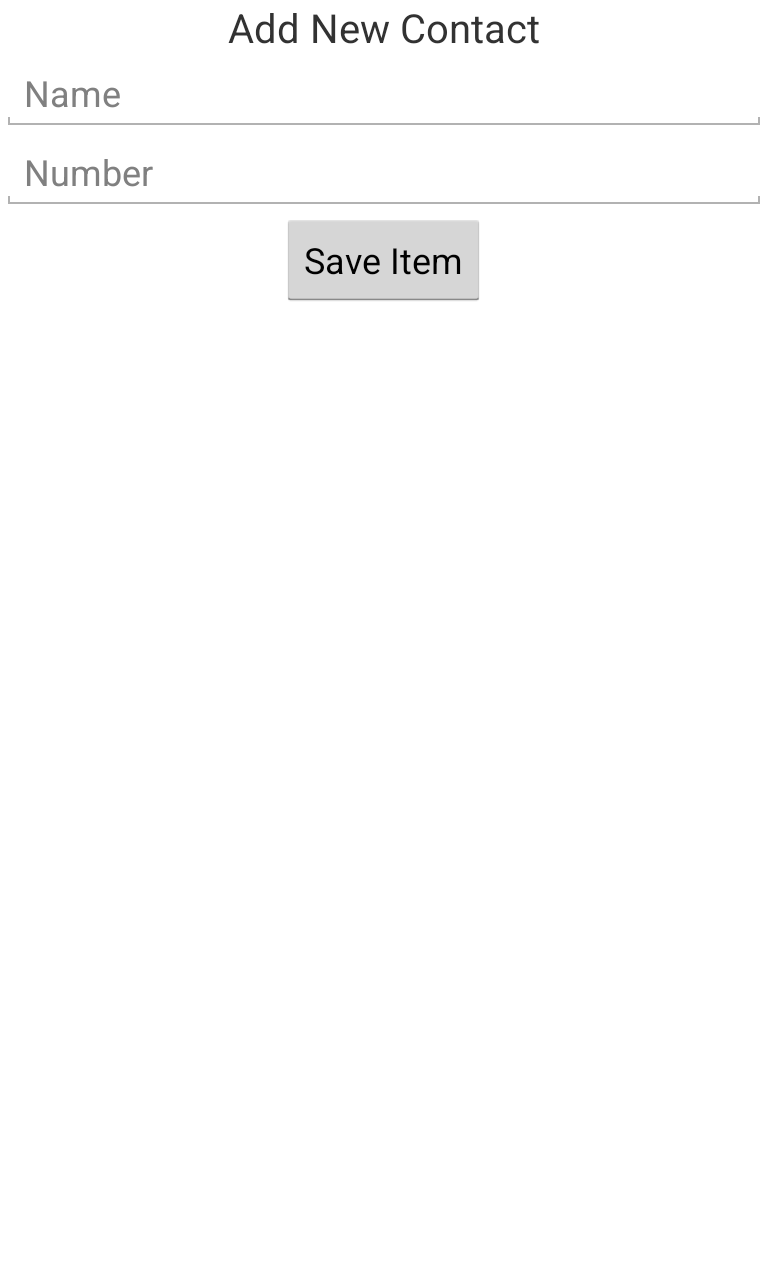
Repository: efreestone/CPM_Freestone
Layout: Project1Android/res/layout/activity_new_item.xml
These files come from the project's save history. The layout is drawn as it stood at one moment and after the next save; the edit follows.
It is drawn on a 768 x 1280 px phone screen (xhdpi) without system bars, with theme AppTheme; the app's code is not run.

Above is the layout before, as saved 2014-10-03 01:32:26.

After the next save:
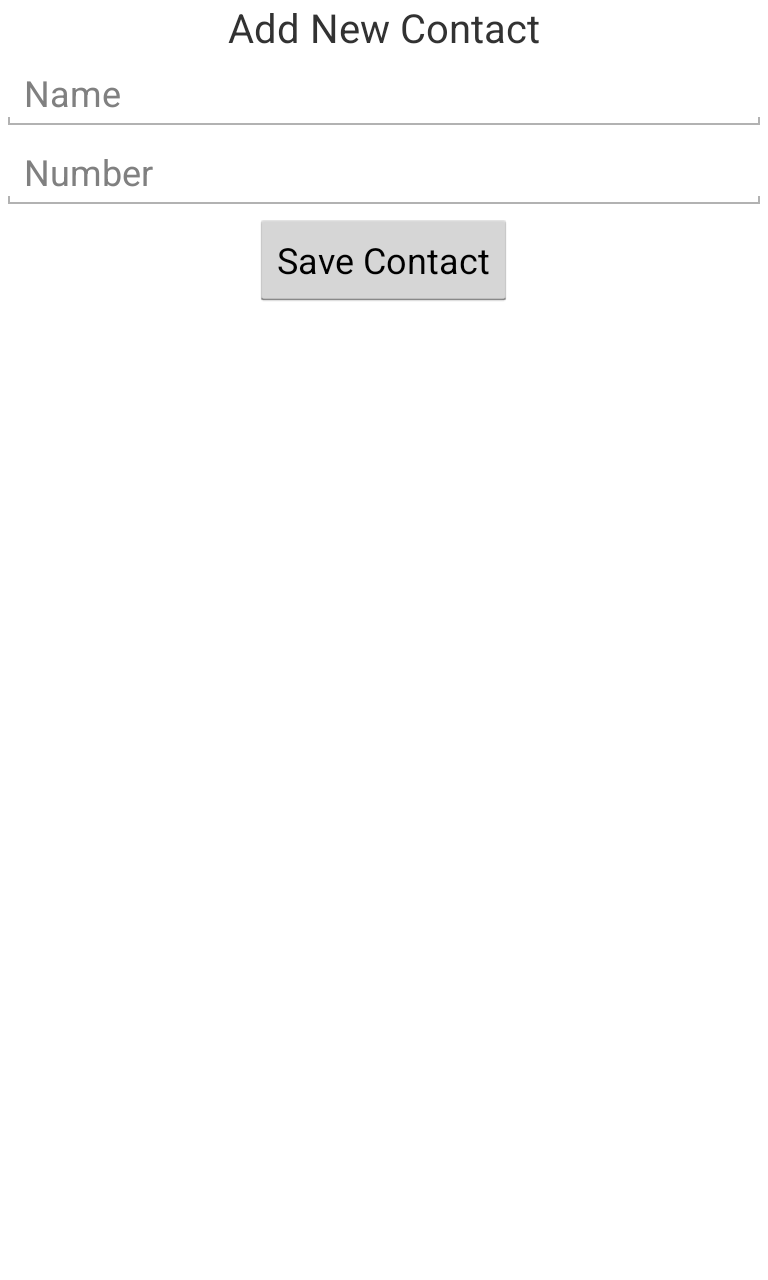
Saved 9 s later.
--- a/Project1Android/res/layout/activity_new_item.xml
+++ b/Project1Android/res/layout/activity_new_item.xml
@@ -31,7 +31,7 @@
         android:layout_width="wrap_content"
         android:layout_height="wrap_content"
         android:layout_gravity="center"
-        android:text="Save Item" />
+        android:text="@string/saveContactButton" />
 
 
 </LinearLayout>
